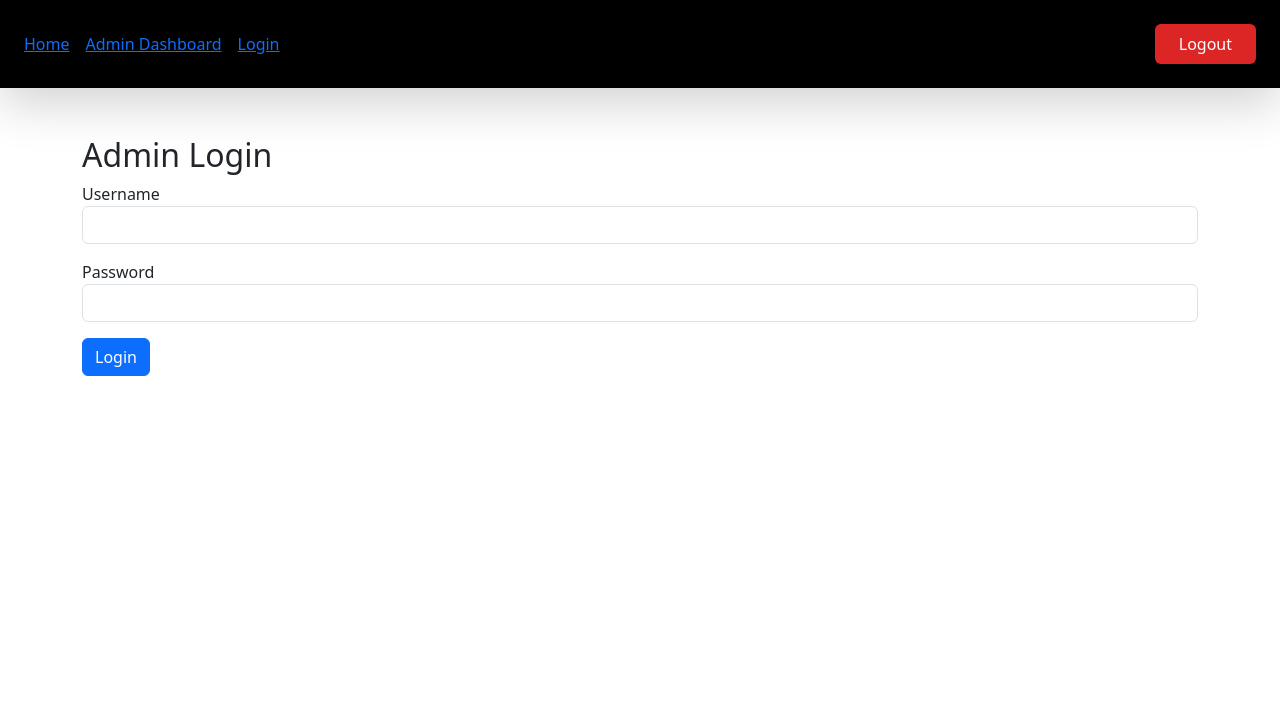
Repository: adithyakiran47/lensverseproject
Page: /admin-login (app in lensverse-client/)
These files come from the project's save history. The page is drawn as it stood at one moment and after the next save; the edit follows.
The browser window is 1280 px wide. The pictures show the whole page.
The project was rebuilt for these pictures with package versions that can differ from the ones it lists, and the page was loaded fresh each time. Also part of the build but not shown: lensverse-client/src/pages/Home.js, lensverse-client/src/pages/Portfolio.js, lensverse-client/src/pages/Booking.js, lensverse-client/src/pages/About.js, lensverse-client/src/pages/AdminDashboard.js. Imported but missing from the stored project, and not drawn on this page: lensverse-client/src/reportWebVitals.

Above is the page before, as saved 2025-11-03 23:26:05.

### lensverse-client/src/index.css
@tailwind base;
@tailwind components;
@tailwind utilities;

/* Optional: custom background and text colors for theme */

### lensverse-client/src/App.js
import React from 'react';
import { BrowserRouter as Router, Routes, Route } from 'react-router-dom';


// Import your page components (create these next)
import Home from './pages/Home';
import Portfolio from './pages/Portfolio';
import Booking from './pages/Booking';
import About from './pages/About';
import AdminLogin from './pages/AdminLogin';
import AdminDashboard from './pages/AdminDashboard';

function App() {
  return (
    <Router>
      <Routes>
        <Route path="/" element={<Home />} />
        <Route path="/portfolio" element={<Portfolio />} />
        <Route path="/booking" element={<Booking />} />
        <Route path="/about" element={<About />} />
        <Route path="/admin-login" element={<AdminLogin />} />
        <Route path="/admin-dashboard" element={<AdminDashboard />} />
      </Routes>
    </Router>
  );
}

export default App;

### lensverse-client/src/pages/AdminLogin.js
import React, { useState } from 'react';
import axios from 'axios';
import { useNavigate } from 'react-router-dom';
import Navbar from '../components/Navbar';

const AdminLogin = () => {
  const [formData, setFormData] = useState({ username: '', password: '' });
  const navigate = useNavigate();

  const handleChange = e => setFormData({ ...formData, [e.target.name]: e.target.value });

  const handleSubmit = async e => {
    e.preventDefault();
    try {
      const res = await axios.post('http://localhost:5000/api/admin/login', formData);
      localStorage.setItem('adminToken', res.data.token);
      navigate('/admin-dashboard');
    } catch (err) {
      alert('Invalid credentials');
    }
  };

  return (
    <>
      <Navbar />
      <div className="container mt-5">
        <h2>Admin Login</h2>
        <form onSubmit={handleSubmit}>
          <div className="mb-3">
            <label>Username</label>
            <input type="text" name="username" className="form-control" required onChange={handleChange} />
          </div>
          <div className="mb-3">
            <label>Password</label>
            <input type="password" name="password" className="form-control" required onChange={handleChange} />
          </div>
          <button type="submit" className="btn btn-primary">Login</button>
        </form>
      </div>
    </>
  );
};

export default AdminLogin;

### lensverse-client/src/components/Navbar.js
// src/components/Navbar.js

import React from 'react';
import { Link, useNavigate } from 'react-router-dom';

const Navbar = () => {
  const navigate = useNavigate();

  const handleLogout = () => {
    localStorage.removeItem('adminToken');
    navigate('/admin-login');
  };

  return (
    <nav className="bg-black p-4 flex justify-between items-center text-white shadow-lg">
      <div className="flex space-x-4">
        <Link className="hover:text-red-500" to="/">Home</Link>
        <Link className="hover:text-red-500" to="/admin-dashboard">Admin Dashboard</Link>
        <Link className="hover:text-red-500" to="/admin-login">Login</Link>
      </div>
      <button onClick={handleLogout} className="bg-red-600 hover:bg-red-700 px-4 py-2 rounded transition">Logout</button>
    </nav>
  );
};

export default Navbar;

Loaded but not shown: lensverse-client/src/index.js (common file); lensverse-client/tailwind.config.js (common file)

After the next save:
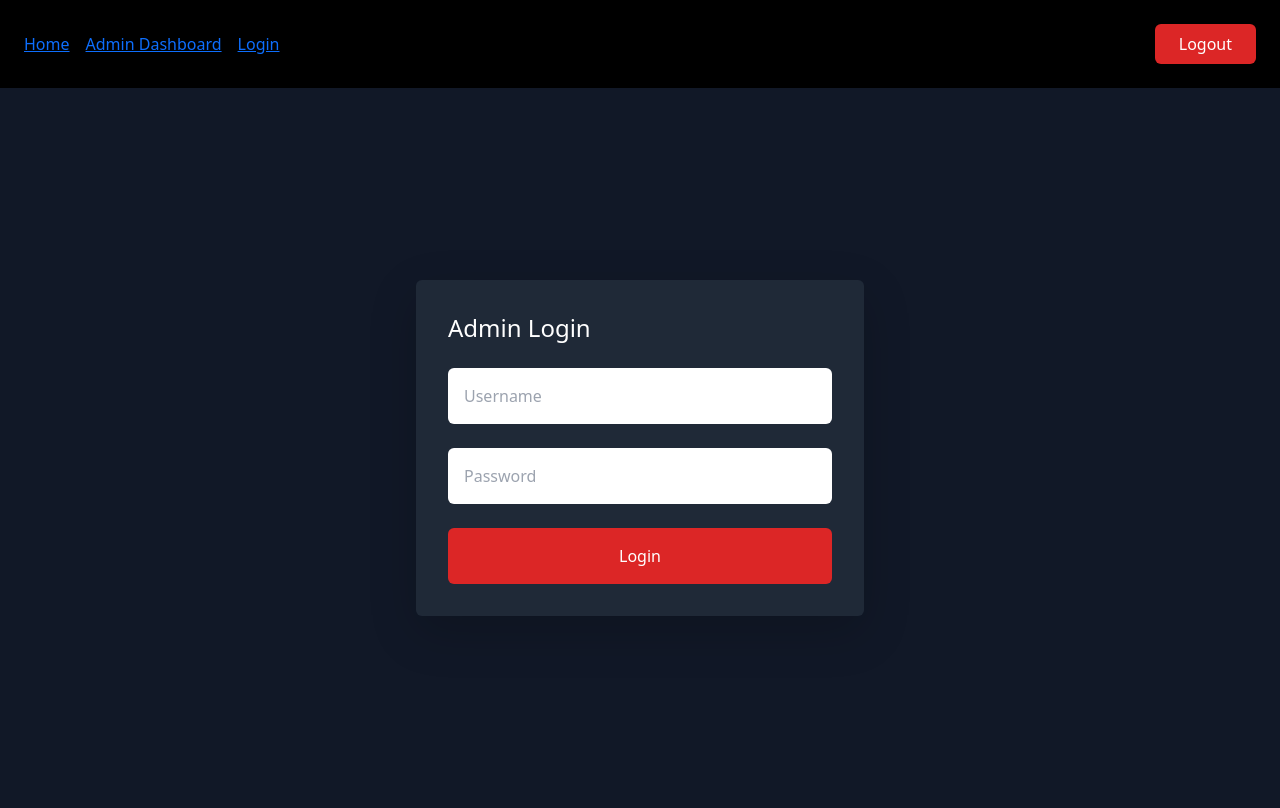
Saved 27 s later.
--- a/lensverse-client/src/pages/AdminLogin.js
+++ b/lensverse-client/src/pages/AdminLogin.js
@@ -1,3 +1,5 @@
+// src/pages/AdminLogin.js
+
 import React, { useState } from 'react';
 import axios from 'axios';
 import { useNavigate } from 'react-router-dom';
@@ -7,9 +9,11 @@ const AdminLogin = () => {
   const [formData, setFormData] = useState({ username: '', password: '' });
   const navigate = useNavigate();
 
-  const handleChange = e => setFormData({ ...formData, [e.target.name]: e.target.value });
+  const handleChange = (e) => {
+    setFormData({ ...formData, [e.target.name]: e.target.value });
+  };
 
-  const handleSubmit = async e => {
+  const handleSubmit = async (e) => {
     e.preventDefault();
     try {
       const res = await axios.post('http://localhost:5000/api/admin/login', formData);
@@ -23,18 +27,26 @@ const AdminLogin = () => {
   return (
     <>
       <Navbar />
-      <div className="container mt-5">
-        <h2>Admin Login</h2>
-        <form onSubmit={handleSubmit}>
-          <div className="mb-3">
-            <label>Username</label>
-            <input type="text" name="username" className="form-control" required onChange={handleChange} />
-          </div>
-          <div className="mb-3">
-            <label>Password</label>
-            <input type="password" name="password" className="form-control" required onChange={handleChange} />
-          </div>
-          <button type="submit" className="btn btn-primary">Login</button>
+      <div className="flex items-center justify-center min-h-screen bg-gray-900 text-white">
+        <form className="bg-gray-800 p-8 rounded shadow-lg w-full max-w-md" onSubmit={handleSubmit}>
+          <h2 className="text-2xl mb-4">Admin Login</h2>
+          <input
+            className="w-full p-3 mb-4 text-black rounded"
+            type="text"
+            placeholder="Username"
+            name="username"
+            required
+            onChange={handleChange}
+          />
+          <input
+            className="w-full p-3 mb-4 text-black rounded"
+            type="password"
+            placeholder="Password"
+            name="password"
+            required
+            onChange={handleChange}
+          />
+          <button className="w-full bg-red-600 hover:bg-red-700 transition p-3 rounded" type="submit">Login</button>
         </form>
       </div>
     </>
